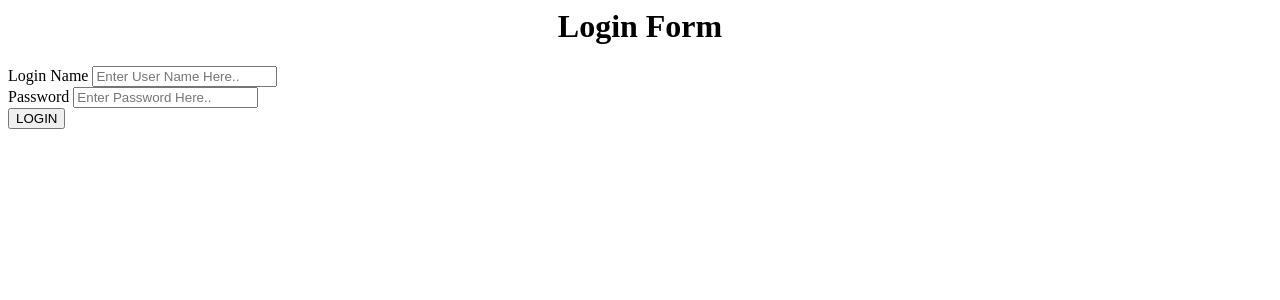
Repository: yogenderupadhyay/Project-2
Page: LetsTalkFrontend/WebContent/c_user/Login.html
An editor plug-in stored every save of this project. The page is shown before and after the next save, followed by the edit.
The browser window is 1280 px wide. The pictures show the whole page.

Above is the page before, as saved 2018-08-01 17:29:15.
Not found: LetsTalkFrontend/WebContent/c_user/255,255,255 0.2

After the next save:
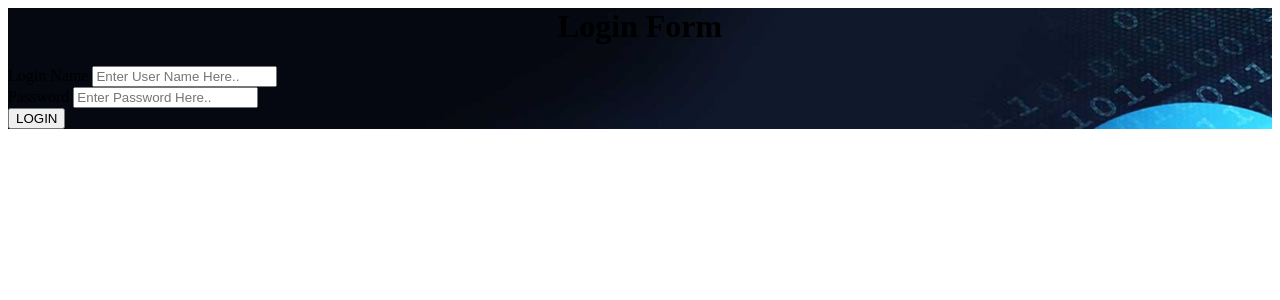
Saved 51 s later.
--- a/LetsTalkFrontend/WebContent/c_user/Login.html
+++ b/LetsTalkFrontend/WebContent/c_user/Login.html
@@ -1,4 +1,4 @@
-<div class="container" id="forum-box" data-ng-Controller="UserController" style="background: url('255,255,255 0.2');">
+<div class="container" id="forum-box" data-ng-Controller="UserController" style="background: url('resources/img/login.jpg');">
 
  <h1 class="well"><center><font face="Monotype Corsiva">Login Form</font></center></h1>
 	<div class="col-lg-12 well">
